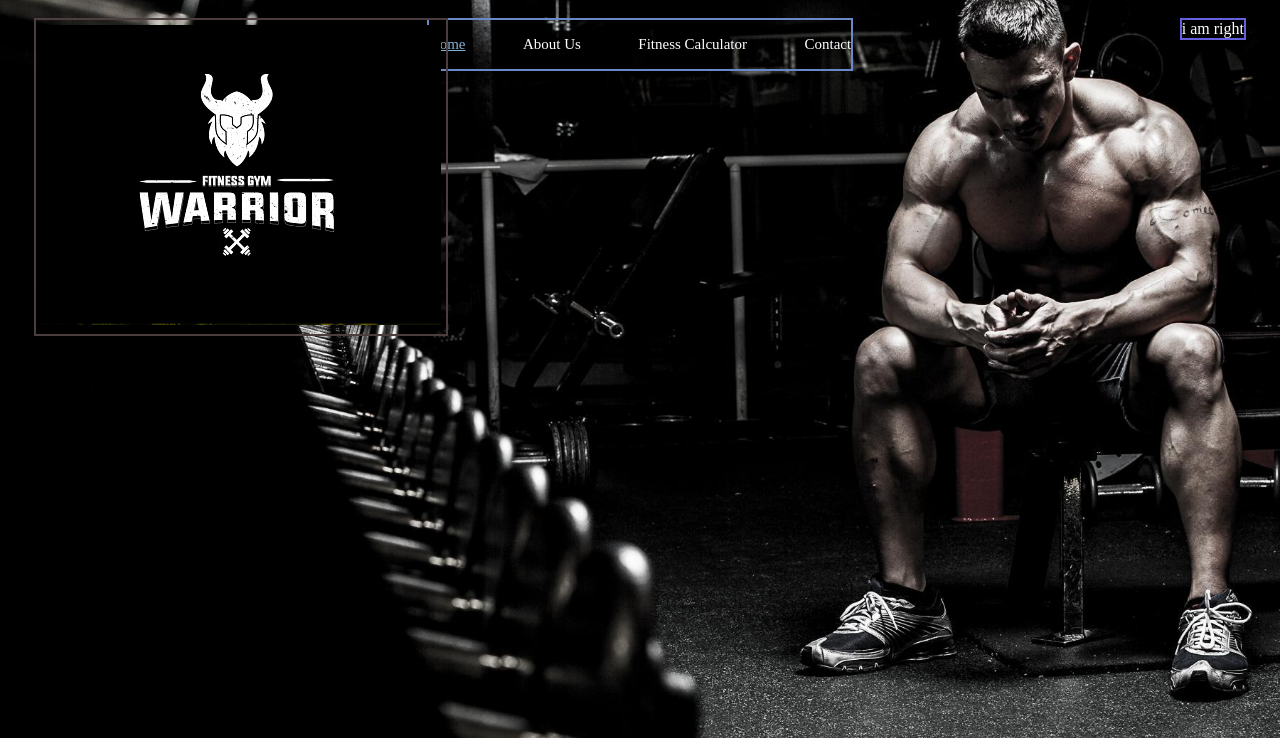
Repository: asthaasquare/project-1
Page: project-1/index.html
An editor plug-in stored every save of this project. The page is shown before and after the next save, followed by the edit.
The browser window is 1280 px wide. The pictures show the whole page.

Above is the page before, as saved 2024-05-09 11:10:39.

After the next save:
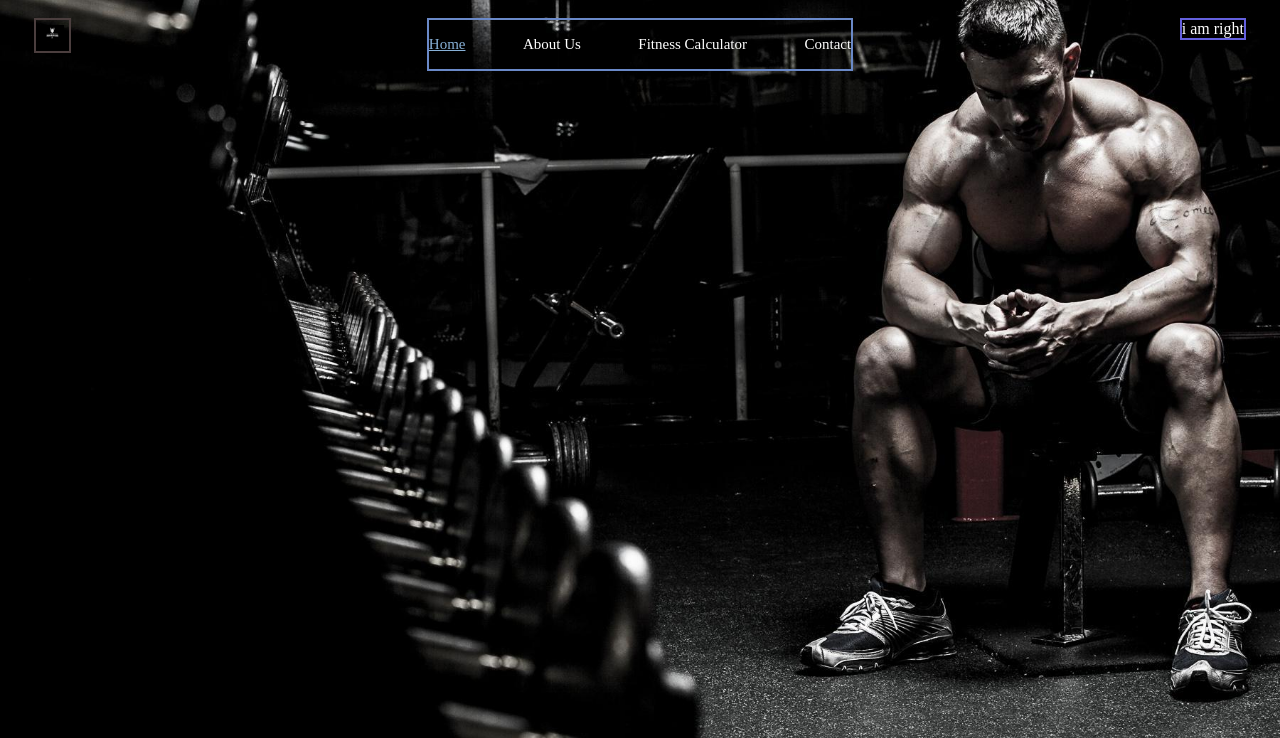
Saved 11 s later.
--- a/project-1/index.html
+++ b/project-1/index.html
@@ -25,7 +25,7 @@
       }
 
       .left img {
-        width: 100%; /* Ensure the image doesn't exceed the container width */
+        width: 23px; /* Ensure the image doesn't exceed the container width */
         height: auto; /* Maintain aspect ratio */
       }
 

After the 2 saves that followed:
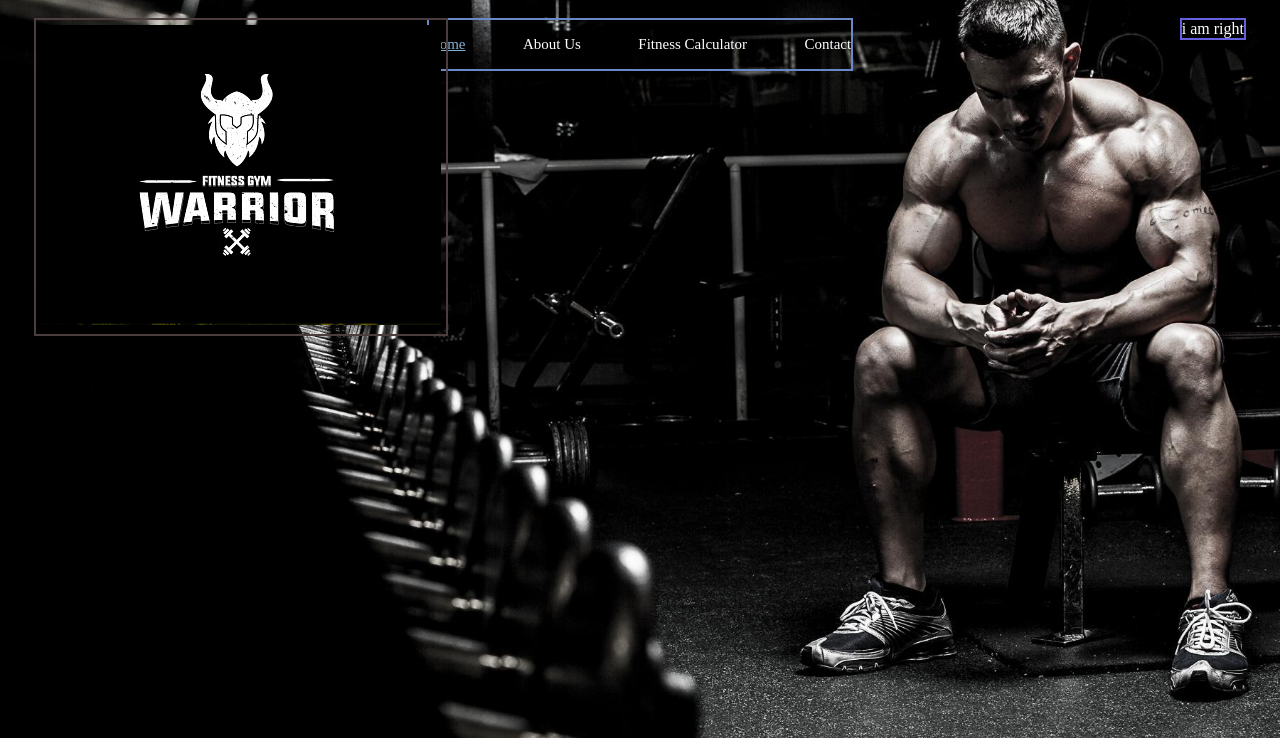
The 2 saves are shown as one change because they came seconds apart.
The last was saved 19 s later.
--- a/project-1/index.html
+++ b/project-1/index.html
@@ -25,7 +25,7 @@
       }
 
       .left img {
-        width: 23px; /* Ensure the image doesn't exceed the container width */
+        width: 23; % Ensure the image doesn't exceed the container width */
         height: auto; /* Maintain aspect ratio */
       }
 
